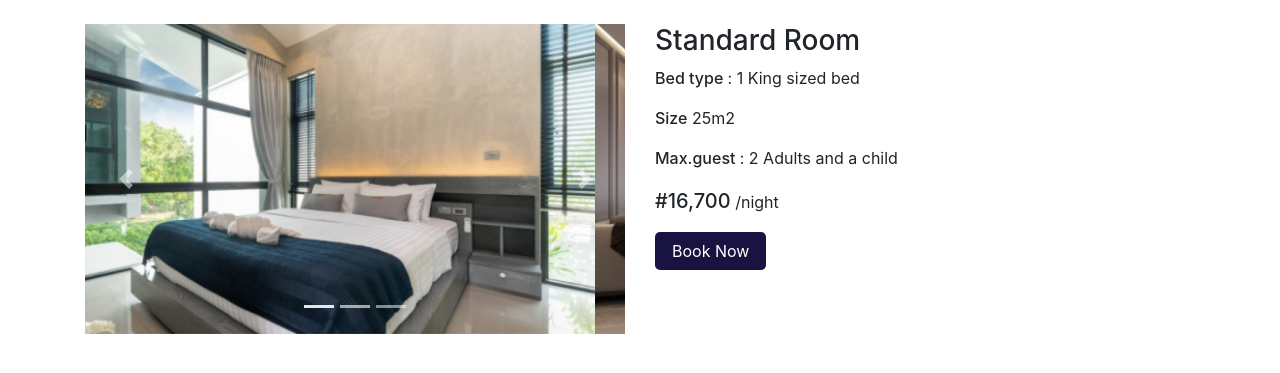
Repository: Syfon01/hotel-website
Page: room.html
These files come from the project's save history. The page is drawn as it stood at one moment and after the next save; the edit follows.
The browser window is 1280 px wide. The pictures show the whole page.

Above is the page before, as saved 2020-06-08 15:32:23.

After the next save:
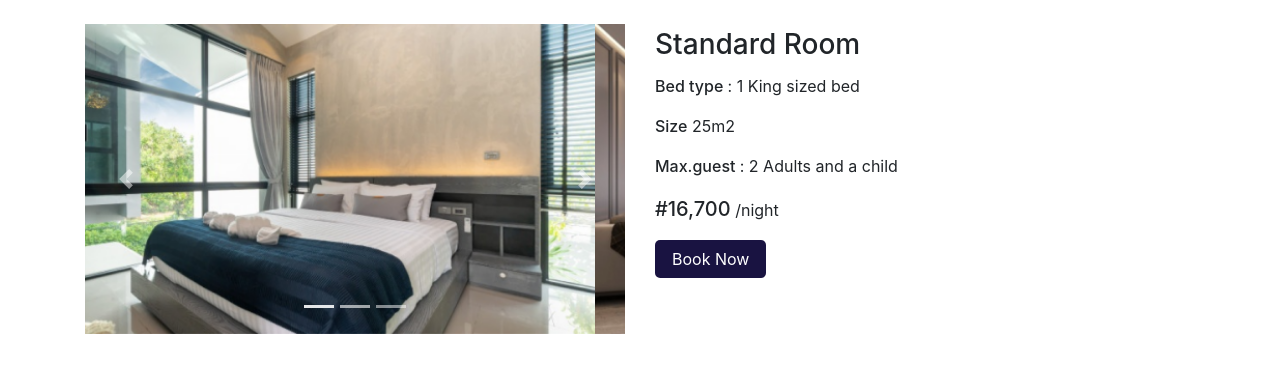
Saved 6 min 21 s later.
--- a/room.html
+++ b/room.html
@@ -42,7 +42,7 @@
             </div>
           </div>
           <div class="col-md-6 col-lg-6 col-12 col-sm-12">
-            <h3 class="text-purple">Standard Room</h3>
+            <h3 class="text-purple py-1">Standard Room</h3>
             <p class="text-purple"><span class="p-font-weight">Bed type </span>: 1 King sized bed</p>
             <p class="text-purple"><span class="p-font-weight">Size</span> 25m2</p>
             <p class="text-purple"><span class="p-font-weight">Max.guest </span>: 2 Adults and a child</p>
